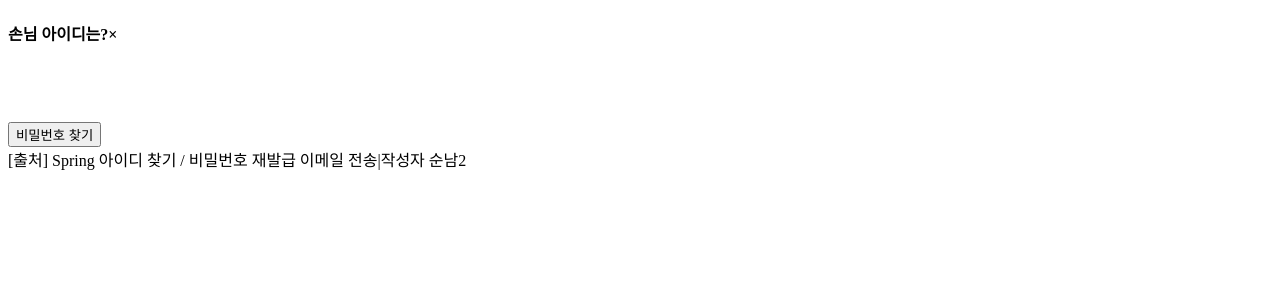
Repository: keepsus/gaebokchi
Page: http://localhost/uzuslime/member/modal.jsp
An editor plug-in stored every save of this project. The page is shown before and after the next save, followed by the edit.
The browser window is 1280 px wide. The pictures show the whole page.
The page is served by Tomcat 9. Nobody is signed in. The application's start-up code is not run.

Above is the page before, as saved 2021-02-08 05:45:26.

After the next save:
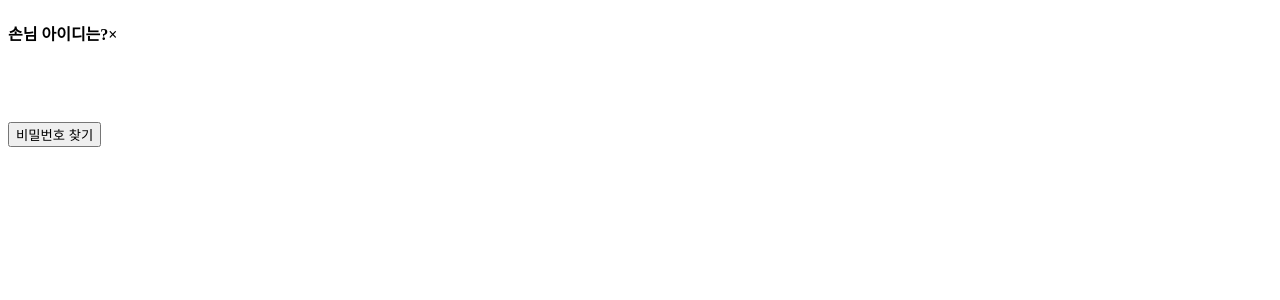
Saved 5 s later.
--- a/uzuslime/src/main/webapp/member/modal.jsp
+++ b/uzuslime/src/main/webapp/member/modal.jsp
@@ -18,6 +18,5 @@
 		<i class="fa fa-envelope"></i>비밀번호 찾기</button>
 	</div>
 </div>
-[출처] Spring 아이디 찾기 / 비밀번호 재발급 이메일 전송|작성자 순남2
 </body>
 </html>
